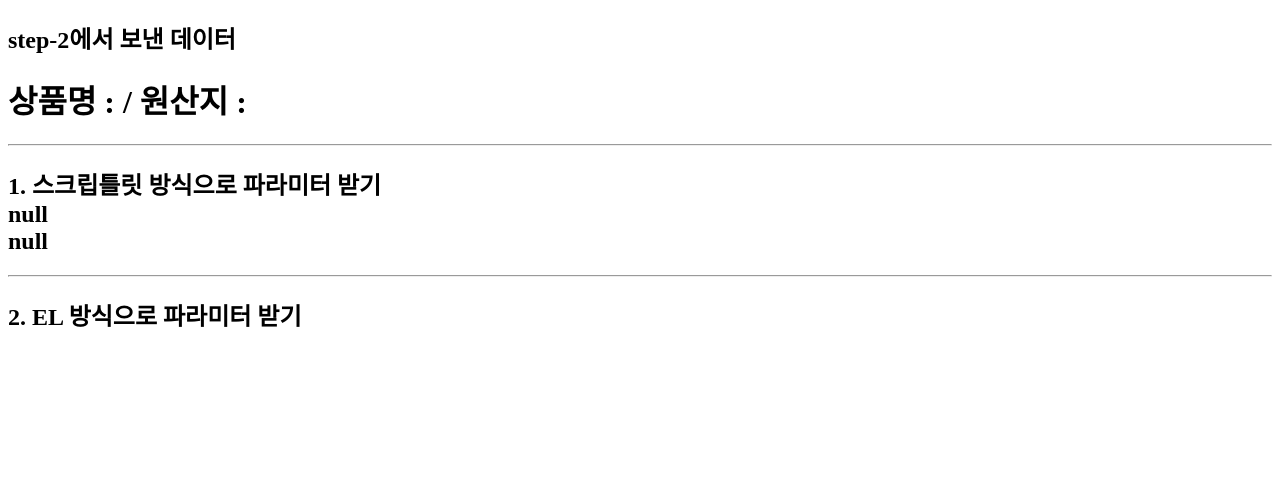
Repository: gajami-kim/240430_JSPJSTL_Study
Page: http://localhost/jstl_study/step-3.jsp
These files come from the project's save history. The page is drawn as it stood at one moment and after the next save; the edit follows.
The browser window is 1280 px wide. The pictures show the whole page.
The page is served by Tomcat 9. Other server files are loaded and not shown.

Above is the page before, as saved 2024-04-11 03:12:39.

### _jspl_workspace/jstl_study/src/main/webapp/step-3.jsp
<%@ page language="java" contentType="text/html; charset=UTF-8"
    pageEncoding="UTF-8"%>
<!DOCTYPE html>
<html>
<head>
<meta charset="UTF-8">
<title>Insert title here</title>
</head>
<body>
	<h2>step-2에서 보낸 데이터</h2>
	<h1>상품명 : ${param.name } / 원산지 : ${param.address }</h1>
	<hr>

	<h2>
		1. 스크립틀릿 방식으로 파라미터 받기 <br>

		<%= request.getParameter("name") %> <br>
		<%= request.getParameter("address") %>
	</h2>
	<hr>
	<h2>
		2. EL 방식으로 파라미터 받기 <br>
		${param.name } <br>
		${param.address }
	</h2>
</body>
</html>

After the next save:
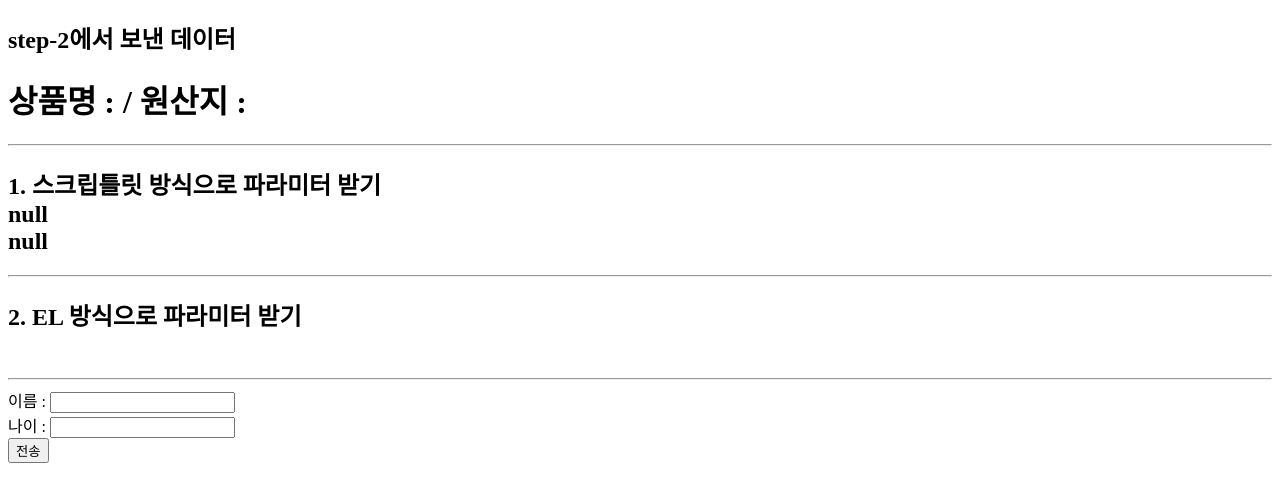
Saved 2 min 57 s later.
--- a/_jspl_workspace/jstl_study/src/main/webapp/step-3.jsp
+++ b/_jspl_workspace/jstl_study/src/main/webapp/step-3.jsp
@@ -23,5 +23,20 @@
 		${param.name } <br>
 		${param.address }
 	</h2>
+	<hr>
+
+	<!-- form tag로 데이터 전송 -->
+	<!-- query String 방식의 전송은 get방식으로 전송을 하여 주소표시줄에 나타남 -->
+	<!-- form tag 전송방식은 get / post 방식 중 선택가능 -->
+
+	<form action="step-4.jsp">
+		이름 : <input type="text" name="name"> <br>
+		나이 : <input type="text" name="age"> <br>
+		<button type="submit">전송</button>
+	</form>
+
+
+
+
 </body>
 </html>
